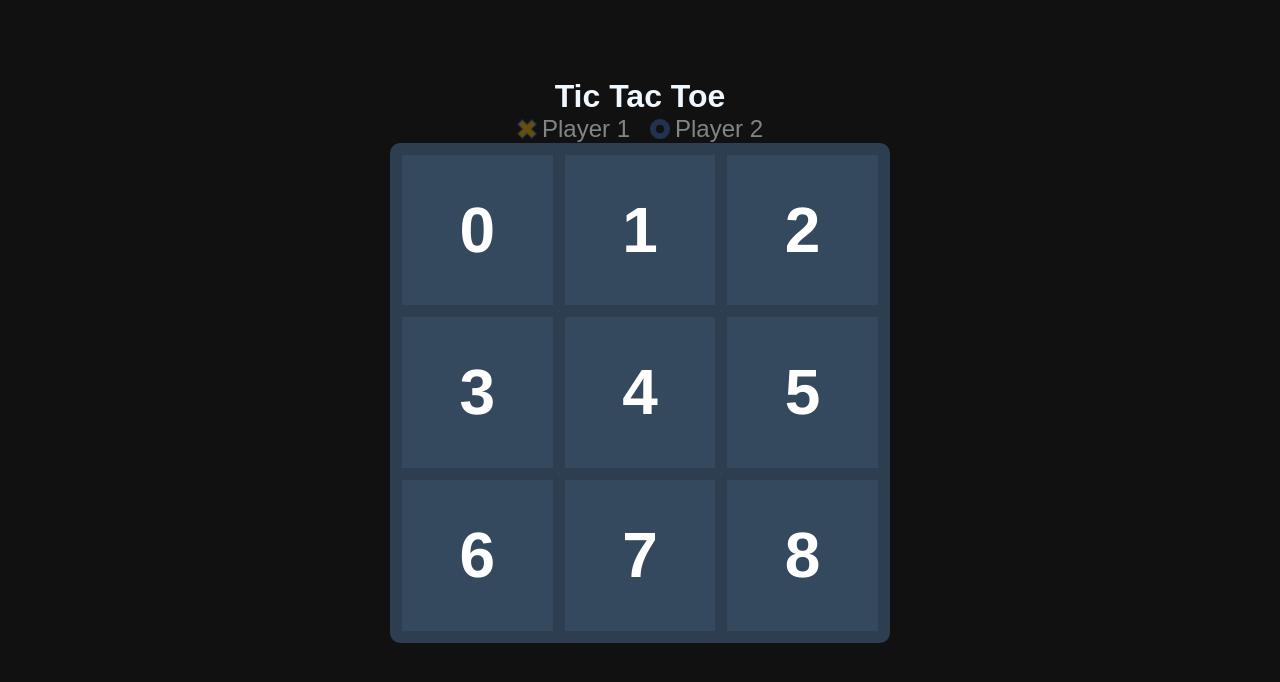
Repository: richardlieknis/tictactoe
Page: index.html
The author's editor kept a copy of each file at every save. The page is drawn from the files as they stood at one save, then again after the next save.
The browser window is 1280 px wide. The pictures show the whole page.

Above is the page before, as saved 2022-12-08 15:07:38.

### index.html
<!DOCTYPE html>
<html lang="en">

<head>
    <meta charset="UTF-8" />
    <meta http-equiv="X-UA-Compatible" content="IE=edge" />
    <meta name="viewport" content="width=device-width, initial-scale=1.0" />
    <title>TicTacToe</title>
    <link rel="stylesheet" href="css/style.css" />
    <link rel="stylesheet" href="css/mobile.css" />

    <script src="main.js"></script>
</head>

<body>
    <div class="maincontainer">
        <h1>Tic Tac Toe</h1>
        <div class="players">
            <div id="player1" class="inactive">
                <img src="src/img/cross.png" /> Player 1
            </div>
            <div id="player2" class="inactive">
                <img src="src/img/circle.png" /> Player 2
            </div>
        </div>
        <div class="gameField">
            <div class="box" id="0" onclick="playerPlace(0)">0</div>
            <div class="box" id="1" onclick="playerPlace(1)">1</div>
            <div class="box" id="2" onclick="playerPlace(2)">2</div>
            <div class="box" id="3" onclick="playerPlace(3)">3</div>
            <div class="box" id="4" onclick="playerPlace(4)">4</div>
            <div class="box" id="5" onclick="playerPlace(5)">5</div>
            <div class="box" id="6" onclick="playerPlace(6)">6</div>
            <div class="box" id="7" onclick="playerPlace(7)">7</div>
            <div class="box" id="8" onclick="playerPlace(8)">8</div>
            <div class="lines">
                <div id="line0" class="line" style="top: 75px; left: 20px; transform: scaleX(0)"></div>
                <div id="line1" class="line" style="top: 240px; left: 20px; transform: scaleX(0)"></div>
                <div id="line2" class="line" style="top: 400px; left: 20px; transform: scaleX(0)"></div>
                <div id="line3" class="line" style="top: 240px; right: 180px; transform: rotate(90deg) scaleX(0)"></div>
                <div id="line4" class="line" style="top: 240px; right: 20px; transform: rotate(90deg) scaleX(0)"></div>
                <div id="line5" class="line" style="top: 240px; left: 180px; transform: rotate(90deg) scaleX(0)"></div>
                <div id="line6" class="line" style="top: 240px; right: 20px; transform: rotate(45deg) scaleX(0)"></div>
                <div id="line7" class="line" style="top: 240px; right: 20px; transform: rotate(-45deg) scaleX(0)"></div>
            </div>
        </div>
    </div>
</body>

</html>

### css/style.css
* {
    margin: 0;
    padding: 0;
    box-sizing: border-box;
}

body {
    font-family: sans-serif;
    color: aliceblue;
    background-color: #111;
}

.players {
    display: flex;
    align-items: center;
    justify-content: center;
    gap: 20px;
}

#player1,
#player2 {
    display: flex;
    align-items: center;
    gap: 5px;
    font-size: 24px;
}

.inactive {
    opacity: 0.5;
}

.players img {
    width: 20px;
}

.maincontainer {
    display: flex;
    justify-content: center;
    align-items: center;
    flex-direction: column;
    height: 100vh;
}

.gameField {
    position: relative;
    width: 500px;
    height: 500px;
    margin: 0 auto;
    background-color: #34495e;
    color: #fff;
    border: 6px solid #2c3e50;
    border-radius: 10px;
    display: grid;
    grid-template: repeat(3, 1fr) / repeat(3, 1fr);
}

.box {
    border: 6px solid #2c3e50;
    border-radius: 2px;
    font-family: Helvetica;
    font-weight: bold;
    font-size: 4em;
    display: flex;
    justify-content: center;
    align-items: center;
    cursor: pointer;
}

.box:hover {
    background-color: #416080;
}

.line {
    position: absolute;
    width: 450px;
    height: 10px;
    background-color: rgb(129, 129, 129);
    transition: transform 1s ease-in-out;
}

#line0 {
    transform: scaleX(1);
}

### main.js
const circle = document.getElementById('circle');
const cross = document.getElementById('cross');
const gameover = document.getElementById('gameover');

let fields = [0, 1, 2, 3, 4, 5, 6, 7, 8];
let currentPlayer = 'cross';
let win = false;

let winFields = [
    [0, 1, 2],
    [3, 4, 5],
    [6, 7, 8],
    [0, 3, 6],
    [1, 4, 7],
    [2, 5, 8],
    [0, 4, 8],
    [2, 4, 6]
]

function playerPlace(id) {
    let fieldHtml = document.getElementById(id);
    if (fields[id] < 9 && !win) {
        if (currentPlayer === 'circle') {
            fields[id] = 'circle';
            fieldHtml.innerHTML = `<img src="src/img/circle.png">`;
            checkWin();
            currentPlayer = 'cross';
            document.getElementById('player1').classList.remove('inactive');
            document.getElementById('player2').classList.add('inactive');
        } else if (currentPlayer === 'cross') {
            fields[id] = 'cross';
            fieldHtml.innerHTML = `<img src="src/img/cross.png">`;
            checkWin();
            currentPlayer = 'circle';
            document.getElementById('player2').classList.remove('inactive');
            document.getElementById('player1').classList.add('inactive');
        }
    }
}

function checkWin() {
    for (let i = 0; i < winFields.length; i++) {
        if (fields[winFields[i][0]] === fields[winFields[i][1]] &&
            fields[winFields[i][1]] === fields[winFields[i][2]]) {
            console.log("GEWONNEN:", currentPlayer);
            win = true;
        }
    }

}

function resetGame() {
    win = false;
    for (let i = 0; i < 9; i++) {
        let fieldHtml = document.getElementById(i);
        fields = [0, 1, 2, 3, 4, 5, 6, 7, 8];
        fieldHtml.innerHTML = "";
    }
}

Loaded but not shown: css/mobile.css (no stored copy; drawn as an empty file)

After the next save:
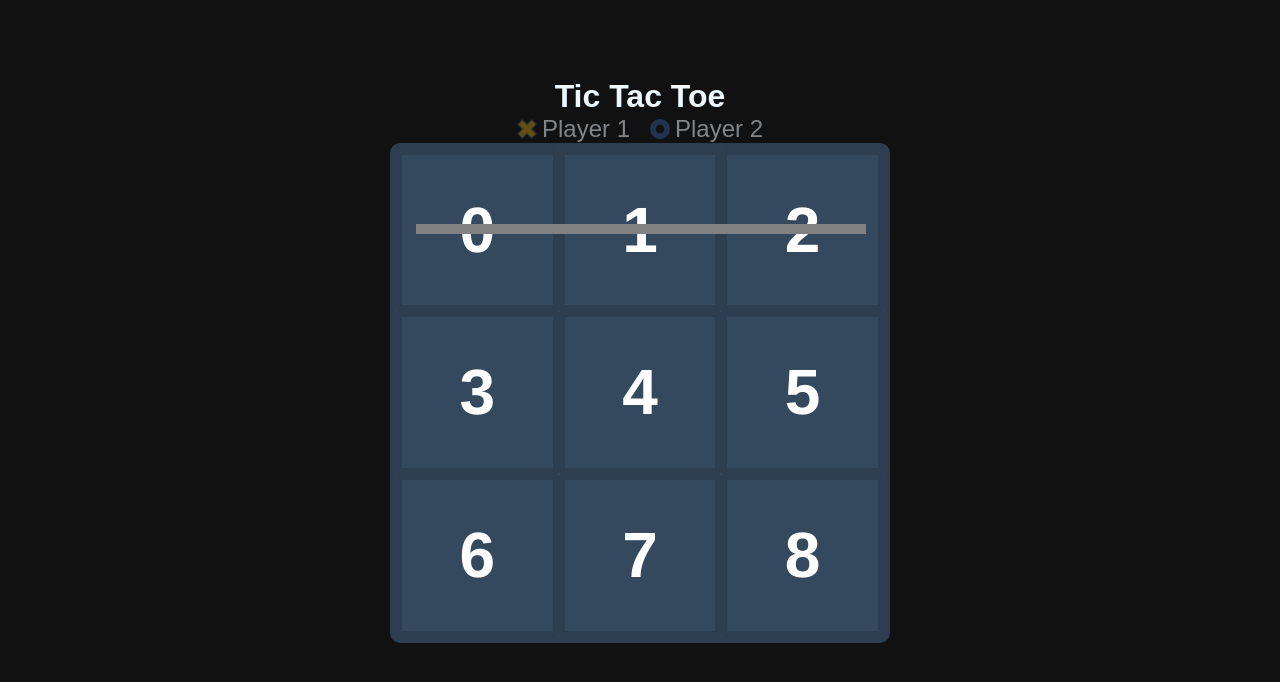
Saved 42 s later.
--- a/index.html
+++ b/index.html
@@ -34,7 +34,7 @@
             <div class="box" id="7" onclick="playerPlace(7)">7</div>
             <div class="box" id="8" onclick="playerPlace(8)">8</div>
             <div class="lines">
-                <div id="line0" class="line" style="top: 75px; left: 20px; transform: scaleX(0)"></div>
+                <div id="line0" class="line" style="top: 75px; left: 20px; transform: scaleX(1)"></div>
                 <div id="line1" class="line" style="top: 240px; left: 20px; transform: scaleX(0)"></div>
                 <div id="line2" class="line" style="top: 400px; left: 20px; transform: scaleX(0)"></div>
                 <div id="line3" class="line" style="top: 240px; right: 180px; transform: rotate(90deg) scaleX(0)"></div>
